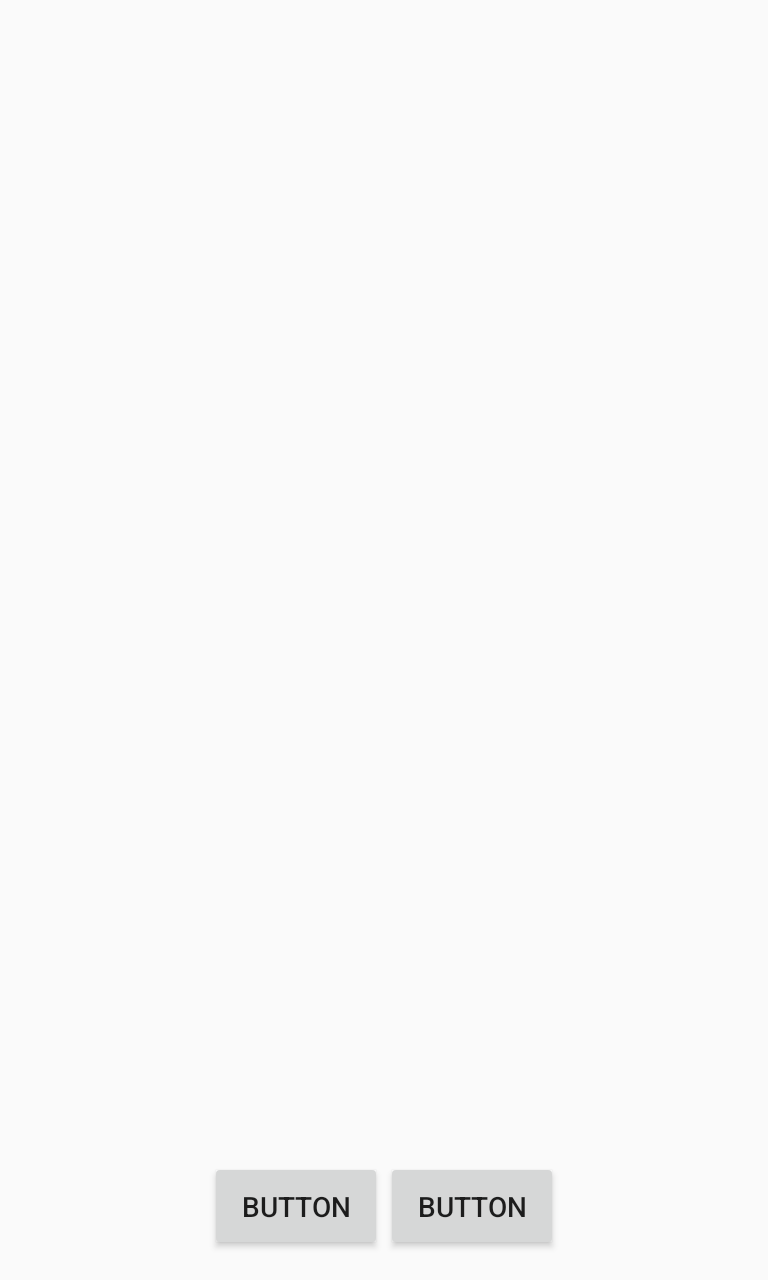
Repository: TeamZhao/Assignment-Tracker
Layout: AssignmentTracker/res/layout/activity_delete_semester_confirmation.xml
An editor plug-in stored every save of this project. The layout is shown before and after the next save, followed by the edit.
It is drawn on a 768 x 1280 px phone screen (xhdpi) without system bars, with theme AppTheme; the app's code is not run.

Above is the layout before, as saved 2014-11-14 20:10:11.

### AssignmentTracker/res/layout/activity_delete_semester_confirmation.xml
<TableLayout xmlns:android="http://schemas.android.com/apk/res/android"
    xmlns:tools="http://schemas.android.com/tools"
    android:layout_width="match_parent"
    android:layout_height="match_parent"
    android:layout_alignLeft="@+id/textView_DisplaySemContents"
    android:layout_below="@+id/textView_DisplaySemContents"

    tools:context="com.example.assignmenttracker.DeleteSemesterConfirmationActivity" >

    <TableRow
        android:id="@+id/tableRow1"
        android:layout_width="wrap_content"
        android:layout_height="wrap_content"
        android:layout_weight="1" >

        <TextView
            android:id="@+id/textView_DisplaySemTitle"
            android:layout_width="wrap_content"
            android:layout_height="wrap_content"
            android:layout_alignParentLeft="true"
            android:layout_alignParentTop="true"
            android:scrollbarAlwaysDrawVerticalTrack="true"
            android:scrollbarStyle="insideOverlay"
            android:scrollbars="vertical"
            android:text="" />
    </TableRow>

    <TableRow
        android:id="@+id/tableRow2"
        android:layout_width="wrap_content"
        android:layout_height="wrap_content"
        android:layout_weight="20" >

        <TextView
            android:id="@+id/textView_DisplaySemContents"
            android:layout_width="wrap_content"
            android:layout_height="wrap_content"
            android:layout_alignParentLeft="true"
            android:layout_alignParentTop="true"
            android:scrollbarAlwaysDrawVerticalTrack="true"
            android:scrollbarStyle="insideOverlay"
            android:scrollbars="vertical"
            android:text="" />
    </TableRow>

    <TableRow
        android:id="@+id/tableRow3"
        android:layout_width="wrap_content"
        android:layout_height="wrap_content"
        android:layout_weight="1"
        android:gravity="center" >

        <Button
            android:id="@+id/button1"
            android:layout_width="wrap_content"
            android:layout_height="wrap_content"
            android:text="Button" />

        <Button
            android:id="@+id/button2"
            android:layout_width="wrap_content"
            android:layout_height="wrap_content"
            android:text="Button" />

    </TableRow>

</TableLayout>

Loaded but not shown: AssignmentTracker/res/values/styles.xml (common file); AssignmentTracker/res/values-v11/styles.xml (common file); AssignmentTracker/res/values-v14/styles.xml (common file)

After the next save:
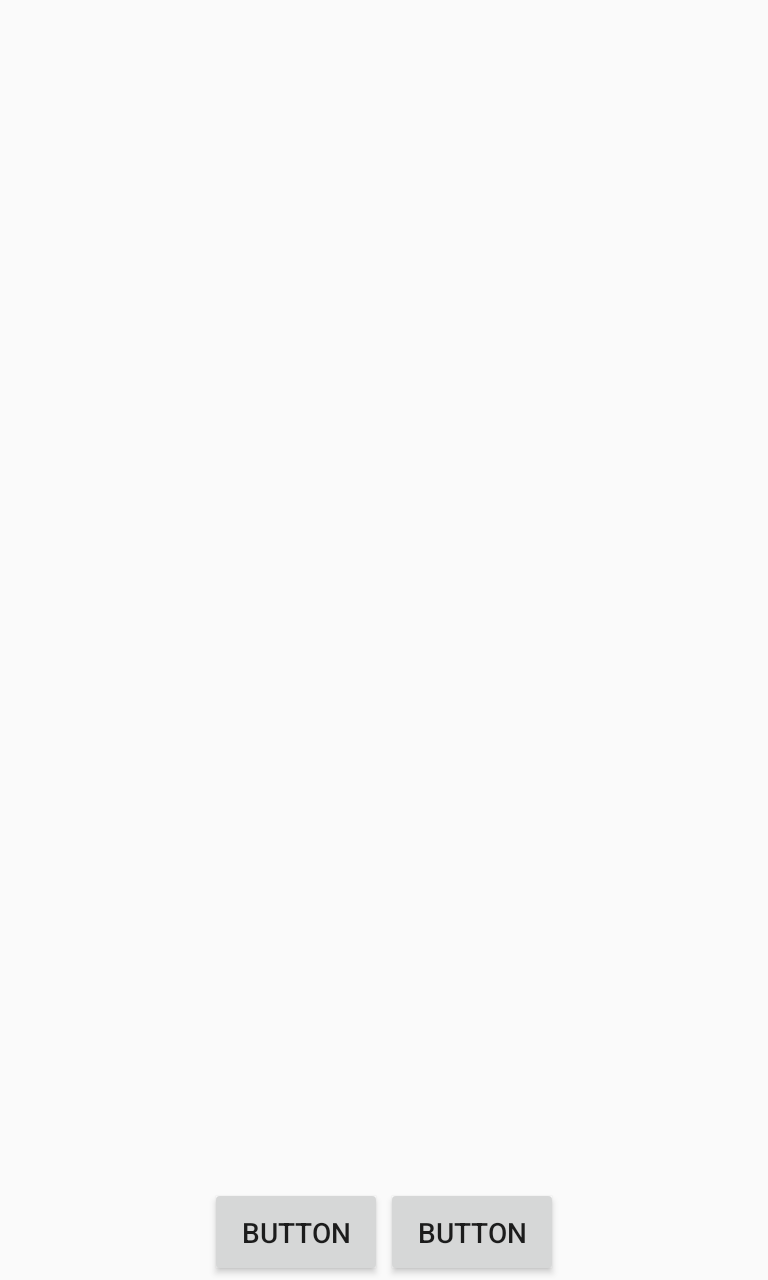
Saved 43 s later.
--- a/AssignmentTracker/res/layout/activity_delete_semester_confirmation.xml
+++ b/AssignmentTracker/res/layout/activity_delete_semester_confirmation.xml
@@ -48,7 +48,7 @@
         android:layout_width="wrap_content"
         android:layout_height="wrap_content"
         android:layout_weight="1"
-        android:gravity="center" >
+        android:gravity="bottom|center" >
 
         <Button
             android:id="@+id/button1"
